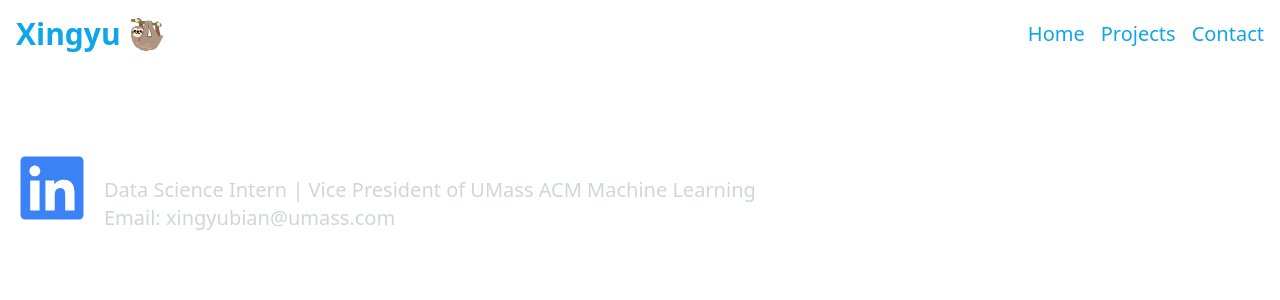
Repository: therealcyberlord/personal-portfolio
Page: /contact
The author's editor kept a copy of each file at every save. The page is drawn from the files as they stood at one save, then again after the next save.
The browser window is 1280 px wide. The pictures show the whole page.
The project was rebuilt for these pictures with package versions that can differ from the ones it lists, and the page was loaded fresh each time. Also part of the build but not shown: vite.config.ts, src/components/Profile.tsx, src/pages/Home.tsx, src/components/Project.tsx, src/pages/Projects.tsx.

Above is the page before, as saved 2023-08-14 18:32:20.

### src/App.tsx
import { BrowserRouter as Router, Routes, Route } from "react-router-dom";
import Home from "./pages/Home";
import Projects from "./pages/Projects";
import Contact from "./pages/Contact";
import Navbar from "./components/Nav";

function App() {
  return (
    <div className="w-screen h-screen">
      <Router>
        <Navbar />
        <Routes>
          <Route path="/" element={<Home />} />
          <Route path="/projects" element={<Projects />} />
          <Route path="/contact" element={<Contact />} />
        </Routes>
      </Router>
    </div>
  );
}

export default App;

### src/pages/Contact.tsx
import { FaLinkedin } from "react-icons/fa";

const Contact = () => {
  return (
    <div className="px-4 py-4">
      <h1 className="text-white text-2xl md:text-3xl font-medium">
        Feel free to connect with me on LinkedIn
      </h1>
      <div className="py-6 flex items-center">
        <a
          href="https://www.linkedin.com/in/xingyu-bian-1734bb134/"
          target="_blank"
          rel="noopener noreferrer"
          className="text-blue-500 hover:text-blue-600 transition duration-300"
        >
          <FaLinkedin className="text-6xl md:text-7xl" />
        </a>
        <div className="ml-4">
          <p className="text-white text-xl md:text-2xl">Xingyu Bian</p>
          <p className="text-gray-300 text-lg md:text-xl">
            Data Science Intern | Vice President of UMass ACM Machine Learning
          </p>
          <p className="text-gray-300 text-lg md:text-xl">
            Email: xingyubian@umass.com
          </p>
        </div>
      </div>
    </div>
  );
};

export default Contact;

### src/components/Nav.tsx
import { Link } from "react-router-dom";

const Navbar = () => {
  return (
    <nav className="p-4">
      <div className="flex justify-between items-center">
        <div className="text-sky-500 dark:text-sky-400 font-bold text-3xl">
          Xingyu 🦥
        </div>
        <ul className="flex space-x-4">
          <li>
            <Link
              to="/"
              className="text-sky-500 text-xl dark:text-sky-400 hover:text-blue-200 dark:hover:text-blue-200 transition duration-300"
            >
              Home
            </Link>
          </li>
          <li>
            <Link
              to="/projects"
              className="text-sky-500 text-xl dark:text-sky-400 hover:text-blue-200 dark:hover:text-blue-200 transition duration-300"
            >
              Projects
            </Link>
          </li>
          <li>
            <Link
              to="/contact"
              className="text-sky-500 text-xl dark:text-sky-400 hover:text-blue-200 dark:hover:text-blue-200 transition duration-300"
            >
              Contact
            </Link>
          </li>
        </ul>
      </div>
    </nav>
  );
};

export default Navbar;

### tailwind.config.js
/** @type {import('tailwindcss').Config} */

export default {
  content: ["./index.html", "./src/**/*.{js,ts,jsx,tsx}"],
  theme: {
    extend: {
      colors: {
        primary: "#202225",
        secondary: "#5865f2",
      },
    },
  },
  plugins: [],
};

Loaded but not shown: src/main.tsx (common file); src/index.css (common file)

After the next save:
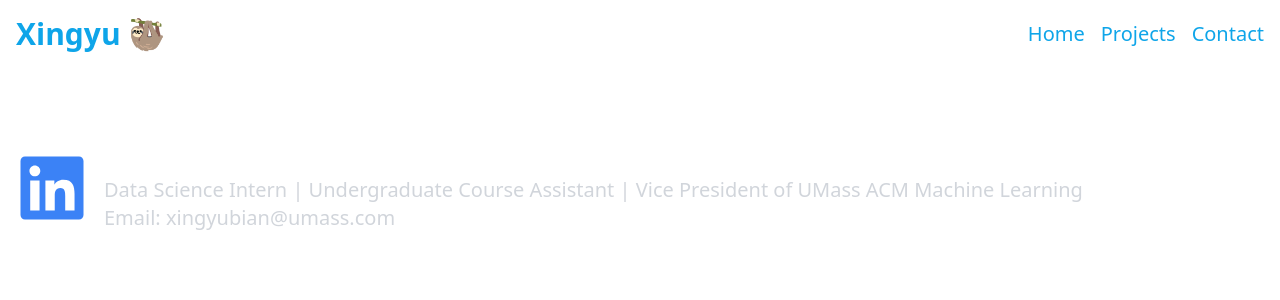
Saved 47 s later.
--- a/src/pages/Contact.tsx
+++ b/src/pages/Contact.tsx
@@ -18,7 +18,8 @@
         <div className="ml-4">
           <p className="text-white text-xl md:text-2xl">Xingyu Bian</p>
           <p className="text-gray-300 text-lg md:text-xl">
-            Data Science Intern | Vice President of UMass ACM Machine Learning
+            Data Science Intern | Undergraduate Course Assistant | Vice
+            President of UMass ACM Machine Learning
           </p>
           <p className="text-gray-300 text-lg md:text-xl">
             Email: xingyubian@umass.com
